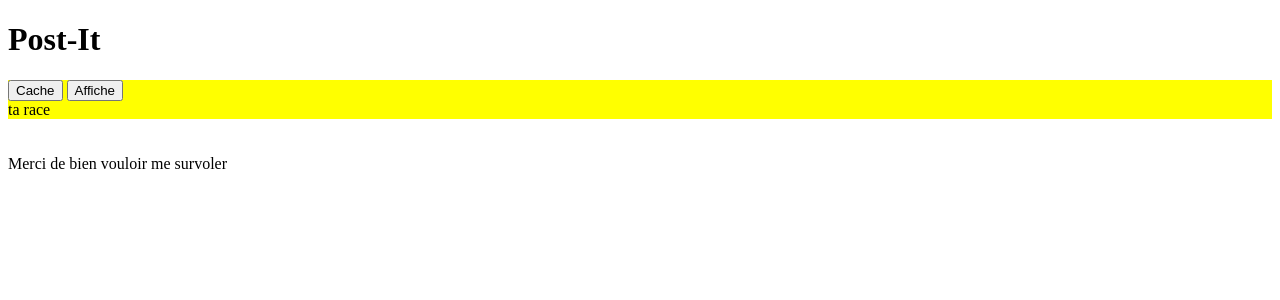
Repository: evalwebmeteofullstack/Gestion_meteo
Page: Notes/Cours + Exercices/Exercices/static/test/5em-code.html
The author's editor kept a copy of each file at every save. The page is drawn from the files as they stood at one save, then again after the next save.
The browser window is 1280 px wide. The pictures show the whole page.

Above is the page before, as saved 2019-02-04 08:30:39.

After the next save:
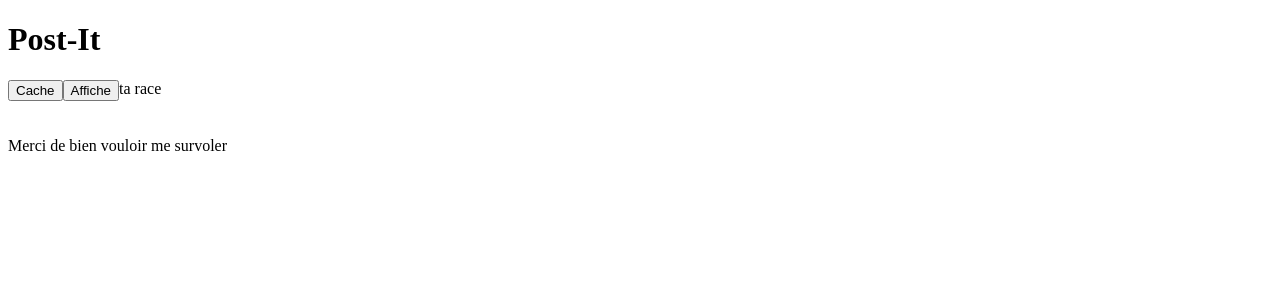
Saved 12 s later.
--- a/Notes/Cours + Exercices/Exercices/static/test/style5.css
+++ b/Notes/Cours + Exercices/Exercices/static/test/style5.css
@@ -1,4 +1,4 @@
 #div1{
-
-	background-color: yellow;
+	display: flex;
+	flex-direction: row;
 }
